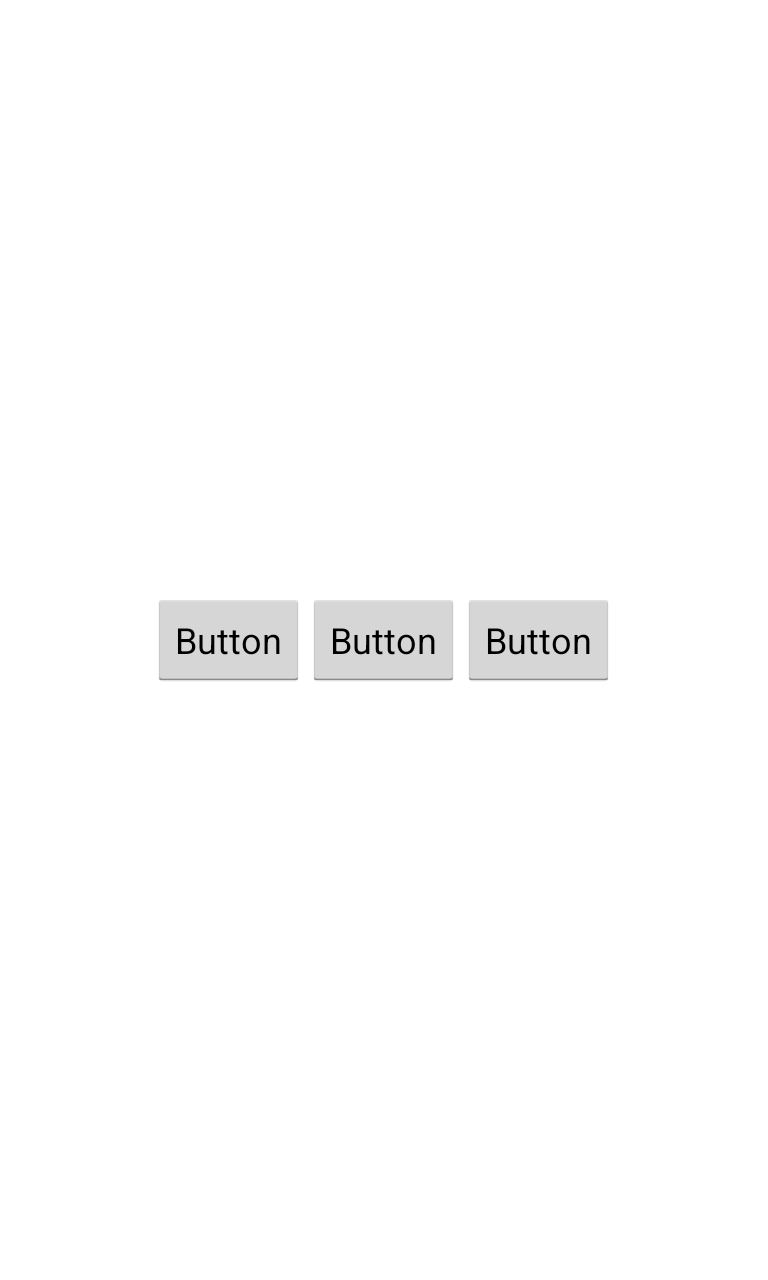
Repository: HGtz2222/LearningAndroid
Layout: test1/test1/res/layout/activity_main.xml
An editor plug-in stored every save of this project. The layout is shown before and after the next save, followed by the edit.
It is drawn on a 768 x 1280 px phone screen (xhdpi) without system bars, with theme AppTheme; the app's code is not run.

Above is the layout before, as saved 2014-09-09 10:15:29.

After the next save:
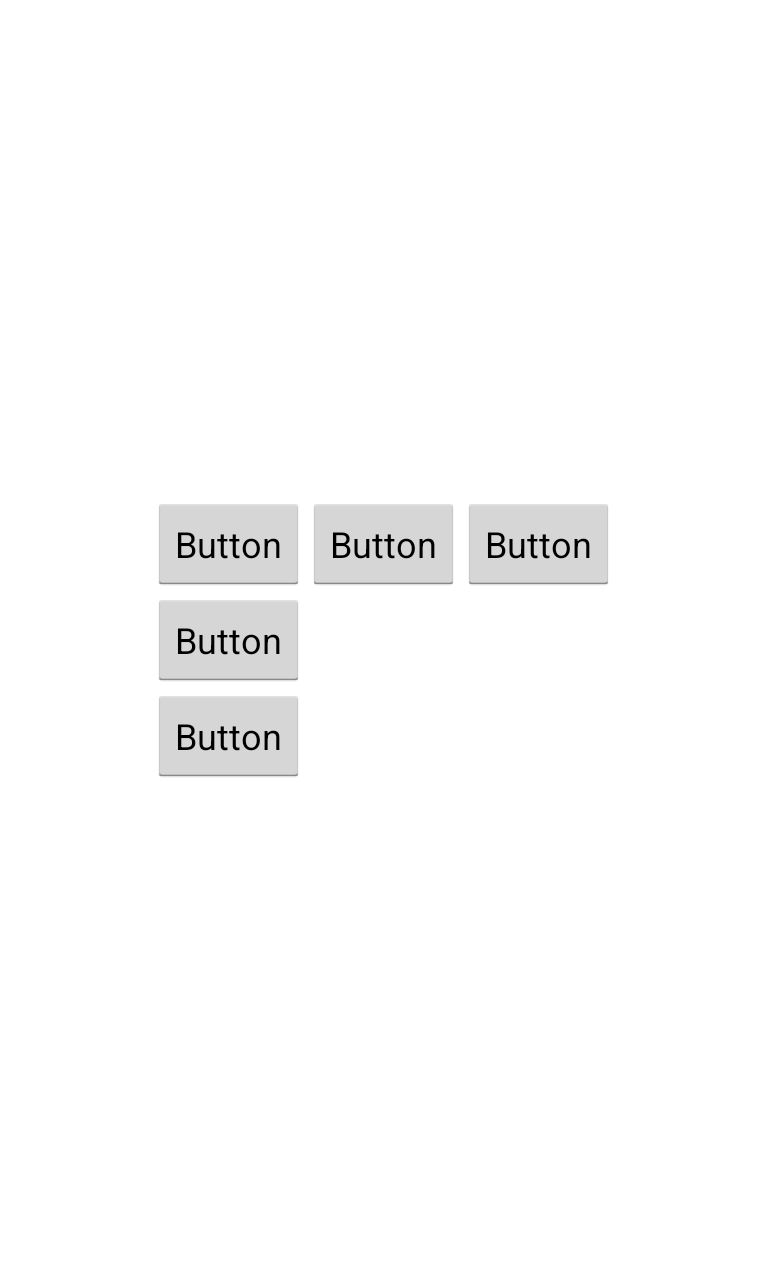
Saved 114 s later.
--- a/test1/test1/res/layout/activity_main.xml
+++ b/test1/test1/res/layout/activity_main.xml
@@ -38,6 +38,19 @@
             android:text="Button" />
 
         <LinearLayout android:orientation="vertical" >
+
+            <Button
+                android:id="@+id/button4"
+                android:layout_width="wrap_content"
+                android:layout_height="wrap_content"
+                android:text="Button" />
+
+            <Button
+                android:id="@+id/button5"
+                android:layout_width="wrap_content"
+                android:layout_height="wrap_content"
+                android:text="Button" />
+
         </LinearLayout>
 
     </GridLayout>
